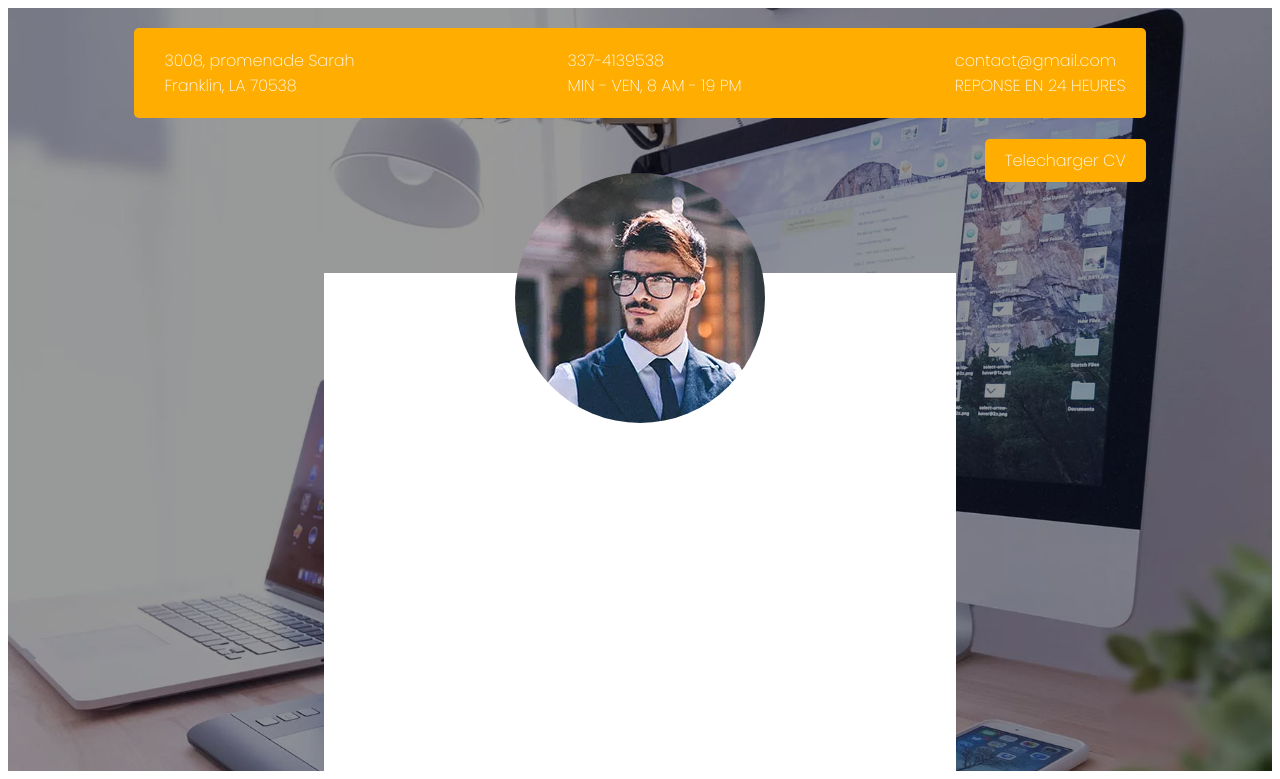
Repository: wadelfadill/CV_PORTFOLIO
Page: index.html
An editor plug-in stored every save of this project. The page is shown before and after the next save, followed by the edit.
The browser window is 1280 px wide. The pictures show the whole page.
Some icons come from a web library that is not loaded, so they are not drawn. Backgrounds fixed to the window are drawn as part of the page.

Above is the page before, as saved 2023-03-13 21:43:43.

After the next save:
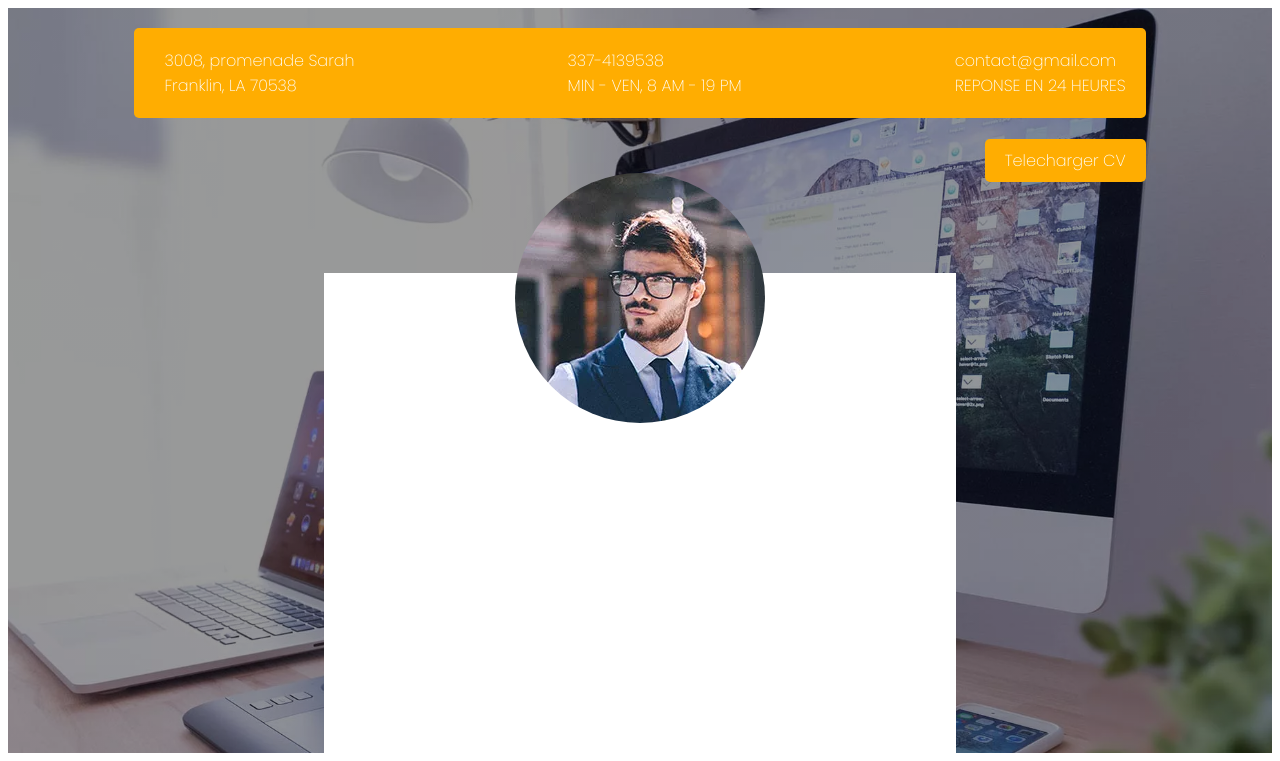
Saved 57 s later.
--- a/index.html
+++ b/index.html
@@ -45,8 +45,10 @@
            </div>
            <div class="presentation">
             <img src="images/profile.jpg" alt="profile" class="profil">
-            <h2>Michel SMith</h2>
-            <h3>Responsable d'Affaires</h3>
+            <div class="name">
+                <h2>Michel SMith</h2>
+                <h3>Responsable d'Affaires</h3>
+            </div>
             <ul>
                 <li><b>NE :</b> 25 aout 1985</li>
                 <li><b>COURRIEL :</b> mymith@mywebpage.com</li>
